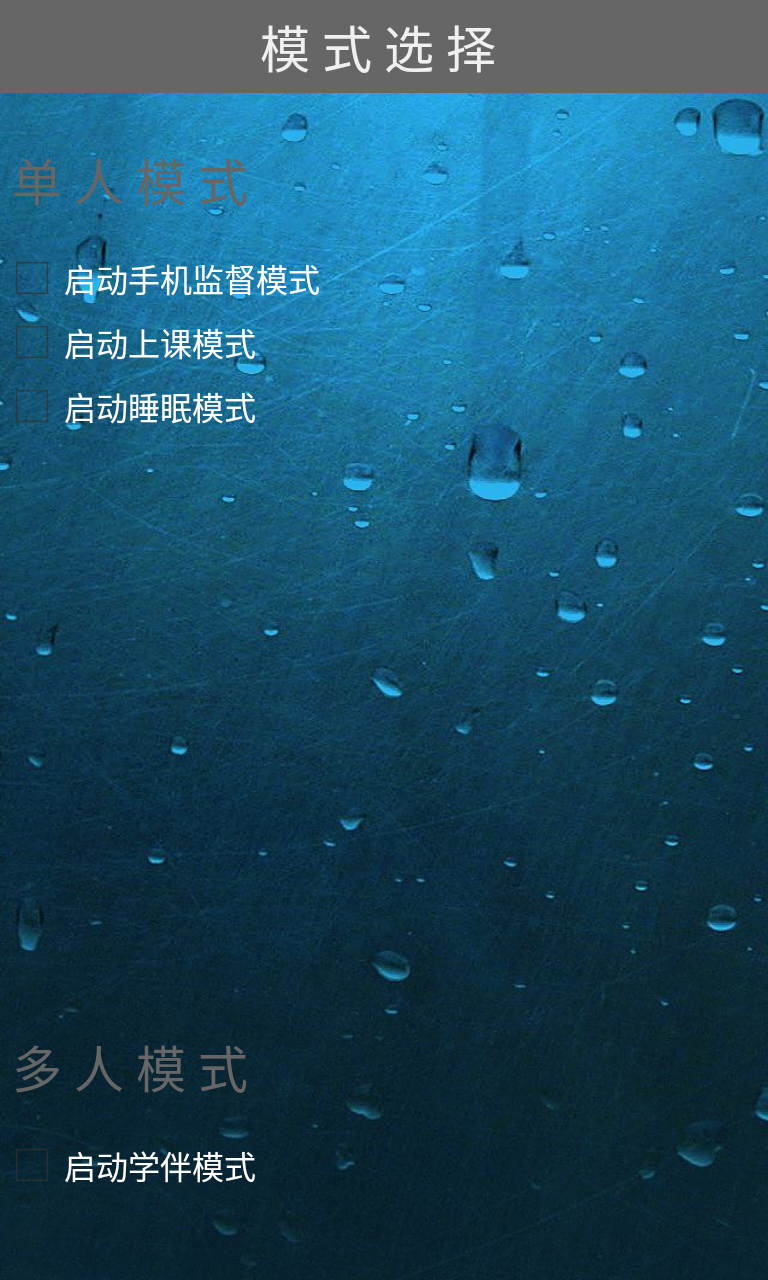
Repository: 17390089054/android
Layout: learning/res/layout/activity_second.xml
An editor plug-in stored every save of this project. The layout is shown before and after the next save, followed by the edit.
It is drawn on a 768 x 1280 px phone screen (xhdpi) without system bars, with theme AppTheme; the app's code is not run.

Above is the layout before, as saved 2018-05-01 14:12:50.

### learning/res/layout/activity_second.xml
<?xml version="1.0" encoding="utf-8"?>
<LinearLayout xmlns:android="http://schemas.android.com/apk/res/android"
    android:layout_width="match_parent"
    android:layout_height="match_parent"
    android:background="@drawable/bg2"
    android:orientation="vertical" >

    <TextView
        android:id="@+id/tv"
        android:layout_width="match_parent"
        android:layout_height="wrap_content"
        android:background="#666"
        android:gravity="center"
        android:padding="5dp"
        android:text=" 模 式 选 择  "
        android:textColor="#f0f0f0"
        android:textSize="25sp" />

    <LinearLayout
        android:layout_width="match_parent"
        android:layout_height="match_parent"
        android:layout_weight="1"
        android:orientation="vertical" >

        <TextView
            android:layout_width="match_parent"
            android:layout_height="wrap_content"
            android:layout_marginTop="25dp"
            android:text=" 单 人 模 式 "
            android:textColor="#666"
            android:textSize="25sp" />

        <CheckBox
            android:layout_width="wrap_content"
            android:layout_height="wrap_content"
            android:layout_marginTop="15dp"
             android:textColor="#fff"
            android:text="启动手机监督模式" />

        <CheckBox
            android:layout_width="wrap_content"
            android:layout_height="wrap_content"
             android:textColor="#fff"
            android:text="启动上课模式" />

        <CheckBox
            android:layout_width="wrap_content"
            android:layout_height="wrap_content"
            android:textColor="#fff"
            android:text="启动睡眠模式" />
    </LinearLayout>

    <LinearLayout
        android:layout_width="match_parent"
        android:layout_height="match_parent"
        android:layout_weight="3"
        android:orientation="vertical" >

        <TextView
            android:layout_width="wrap_content"
            android:layout_height="wrap_content"
            android:text=" 多 人 模 式 "
            android:textColor="#666"
            android:textSize="25sp" />

        <CheckBox
            android:layout_width="wrap_content"
            android:layout_height="wrap_content"
            android:layout_marginTop="15dp"
            android:textColor="#fff"
            android:text="启动学伴模式" />
    </LinearLayout>

</LinearLayout>

Loaded but not shown: learning/res/values/styles.xml (common file); learning/res/values-v11/styles.xml (common file); learning/res/values-v14/styles.xml (common file)

After the next save:
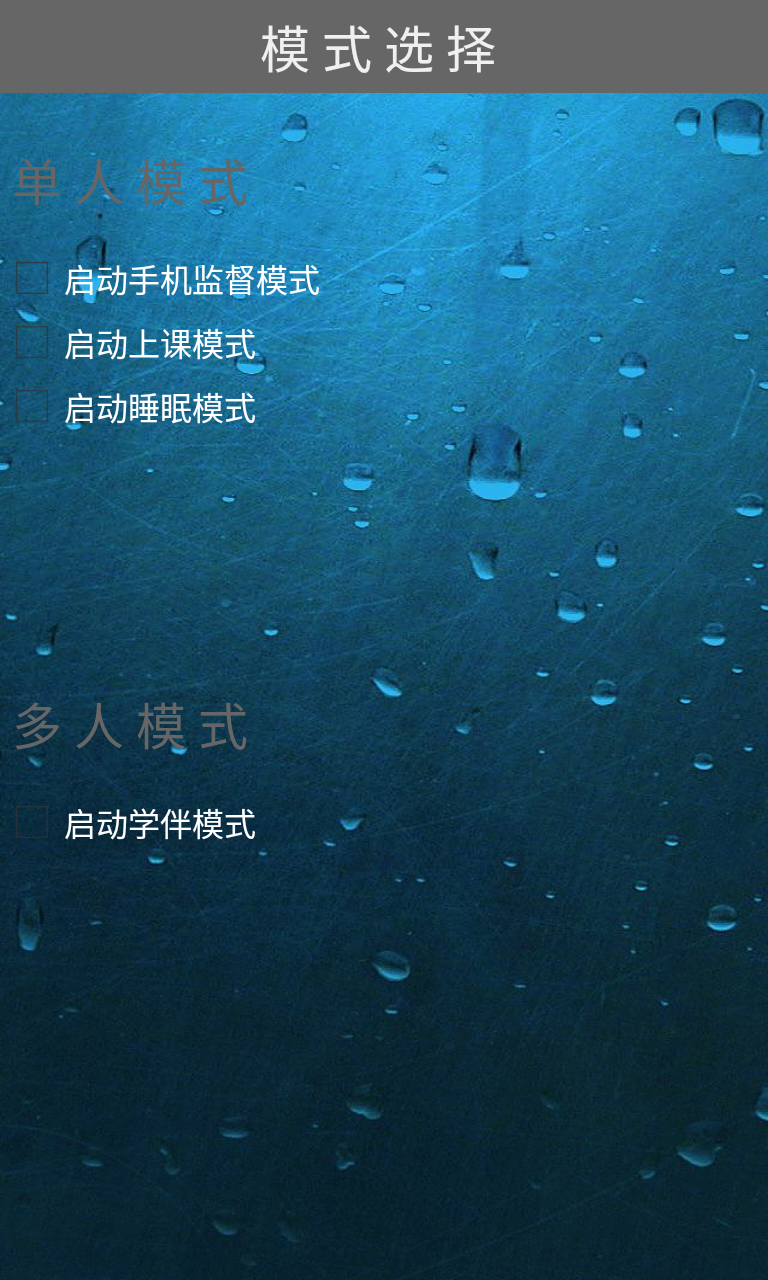
Saved 5 s later.
--- a/learning/res/layout/activity_second.xml
+++ b/learning/res/layout/activity_second.xml
@@ -53,7 +53,7 @@
     <LinearLayout
         android:layout_width="match_parent"
         android:layout_height="match_parent"
-        android:layout_weight="3"
+        android:layout_weight="1"
         android:orientation="vertical" >
 
         <TextView
